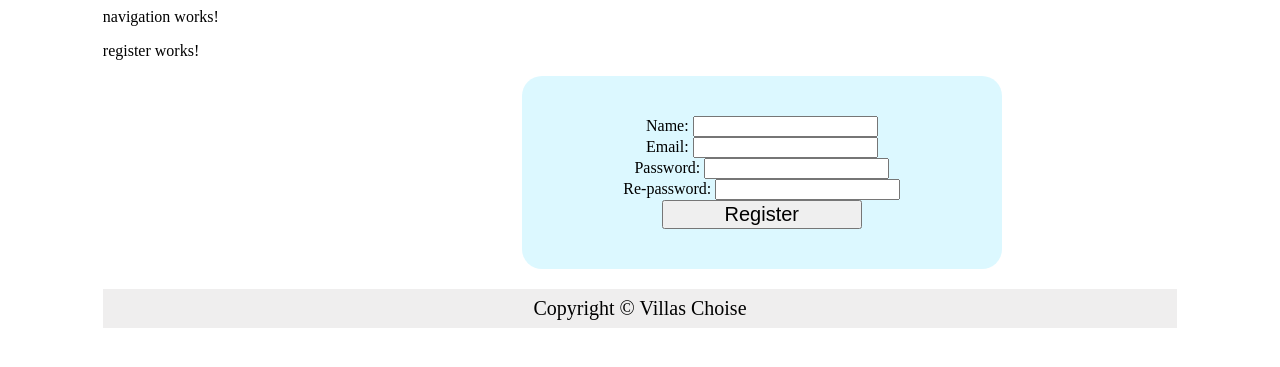
Repository: vsterev/angular-antiCovid-travel
Page: /register (app in covid-travel/)
These files come from the project's save history. The page is drawn as it stood at one moment and after the next save; the edit follows.
The browser window is 1280 px wide. The pictures show the whole page.
The project was rebuilt for these pictures with package versions that can differ from the ones it lists, and the page was loaded fresh each time. Also part of the build but not shown: covid-travel/angular.json, covid-travel/src/app/villas/details-reservation/details-reservation.component.ts, covid-travel/src/app/villas/villa-book/villa-book.component.ts, covid-travel/src/app/villas/villa-edit/villa-edit.component.ts, covid-travel/src/app/villas/villa.service.ts, covid-travel/src/app/villas/villa-detail/villa-detail.component.ts, covid-travel/src/app/villas/villa-add/villa-add.component.ts, covid-travel/src/app/user/login/login.component.ts and 5 more.

Above is the page before, as saved 2020-11-16 22:27:30.

After the next save:
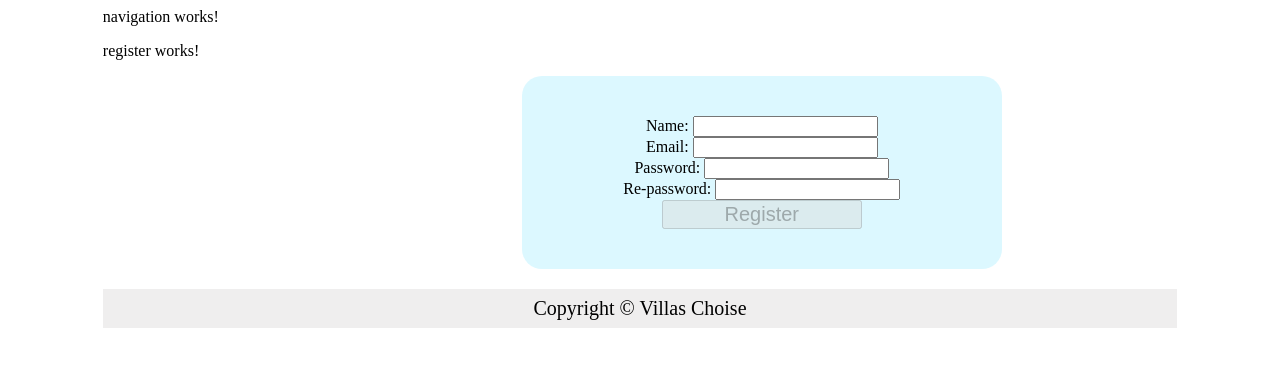
Saved 6 min 13 s later.
--- a/covid-travel/src/app/user/register/register.component.html
+++ b/covid-travel/src/app/user/register/register.component.html
@@ -36,7 +36,7 @@
     </div>
   </div>
   <button
-    [disabled]="registerForm.invalid && rePasswordInput.value !== passwordInput.value && !rePasswordInput.touched"
+    [disabled]="registerForm.invalid || (rePasswordInput.value !== passwordInput.value && !rePasswordInput.touched)"
   >
     Register
   </button>
